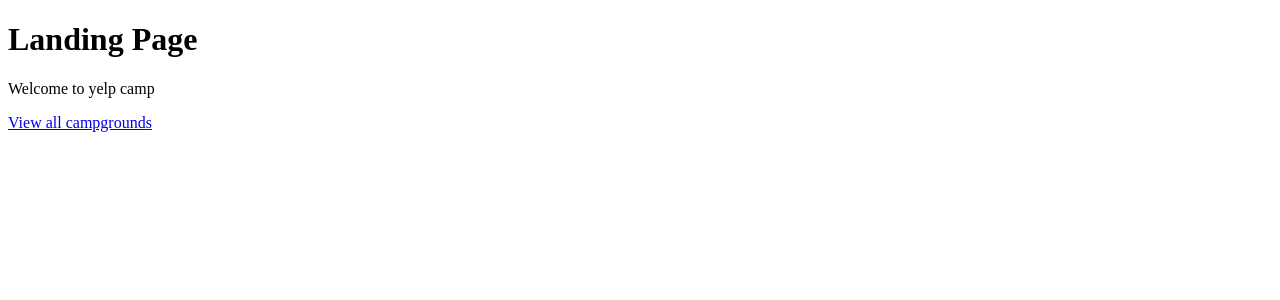
Repository: demioke/web-development-bootcamp
Page: http://localhost/
The author's editor kept a record of every edit. The page is drawn from the files as they stood at one moment, then again after the next edit.
The browser window is 1280 px wide. The pictures show the whole page.
The page is served by the project's Node server (YelpCamp/v1/app.js).

Above is the page before.

After the next edit:
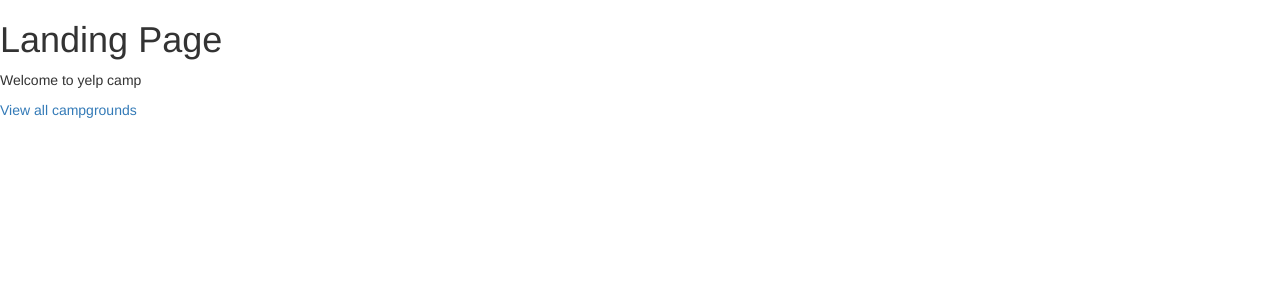
The edit:
--- a/YelpCamp/v1/views/partials/header.ejs
+++ b/YelpCamp/v1/views/partials/header.ejs
@@ -2,5 +2,6 @@
 <html>
     <head>
         <title>YelpCamp</title>
+        <link rel="stylesheet" href="https://stackpath.bootstrapcdn.com/bootstrap/3.3.5/css/bootstrap.min.css">
     </head>
     <body>
